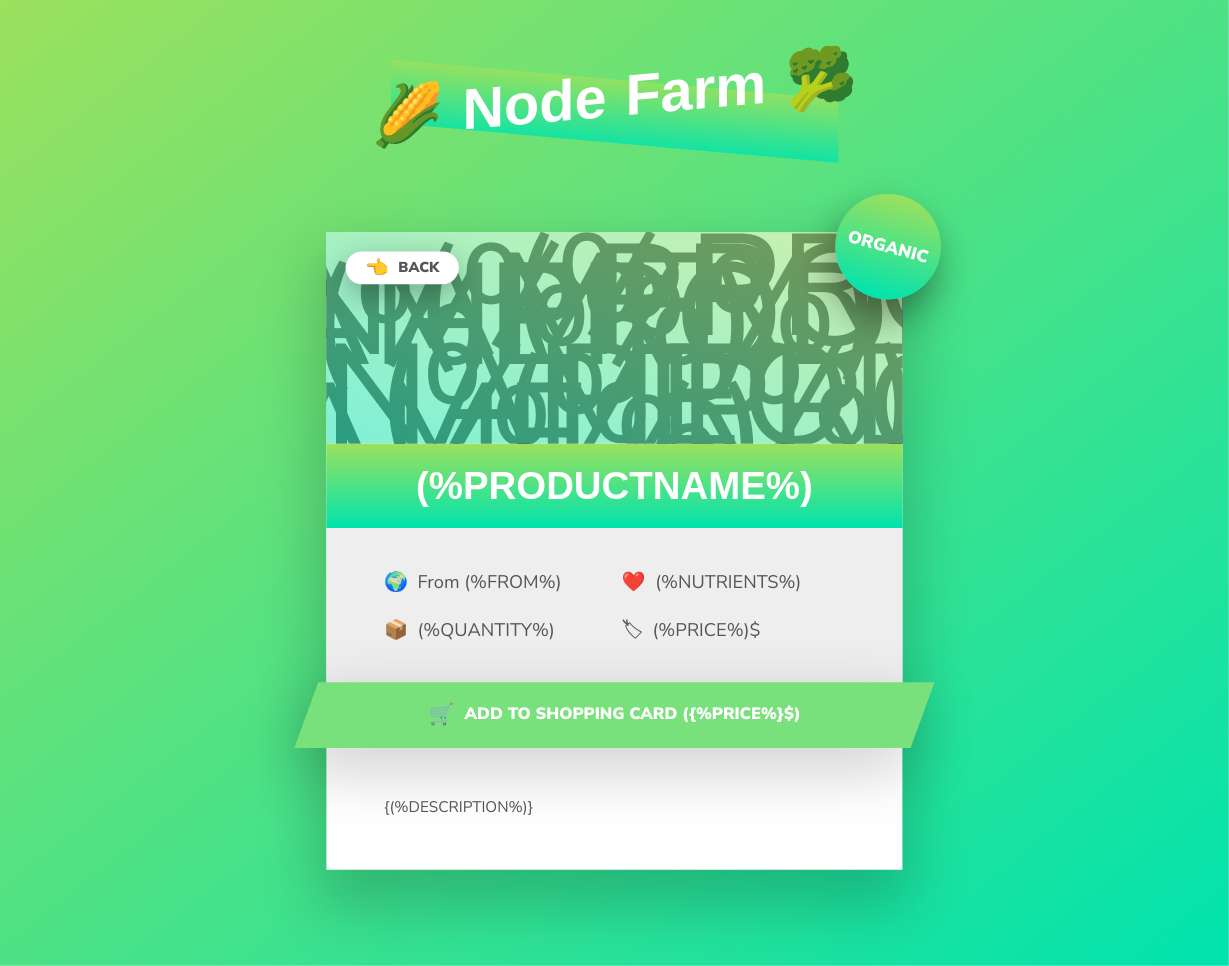
Repository: smit1298/complete-node-bootcamp
Page: node-farm/starter/templates/product.html
An editor plug-in stored every save of this project. The page is shown before and after a run of saves, followed by the edit.
The browser window is 1280 px wide. The pictures show the whole page, at 96% of full size.
Some web fonts or font styles are not loaded; a fallback is used.

Above is the page before, as saved 2021-07-21 13:07:27.

### node-farm/starter/templates/product.html
<!DOCTYPE html>
<html lang="en">
  <head>
    <meta charset="UTF-8" />
    <meta name="viewport" content="width=device-width, initial-scale=1.0" />
    <meta http-equiv="X-UA-Compatible" content="ie=edge" />
    <link
      href="https://fonts.googleapis.com/css?family=Megrim|Nunito+Sans:400,900"
      rel="stylesheet"
    />
    <link
      rel="icon"
      href="https://emojipedia-us.s3.dualstack.us-west-1.amazonaws.com/thumbs/240/apple/155/ear-of-maize_1f33d.png"
    />

    <title>Fresh Avocados 🥑 /// NODE FARM</title>

    <style>
      *,
      *::before,
      *::after {
        margin: 0;
        padding: 0;
        box-sizing: inherit;
      }

      html {
        font-size: 62.5%;
        box-sizing: border-box;
      }

      body {
        padding: 5rem 5rem 10rem;
        line-height: 1.7;
        font-family: "Nunito Sans", sans-serif;
        color: #555;
        min-height: 100vh;
        background: linear-gradient(to bottom right, #9be15d, #00e3ae);
      }

      h1 {
        font-family: "Megrim", sans-serif;
        font-size: 6rem;
        color: white;
        transform: skewY(-5deg);
        text-align: center;
        position: relative;
        word-spacing: 3px;
      }

      h1::before {
        content: "";
        display: block;
        height: 65%;
        width: 49%;
        position: absolute;
        top: 105%;
        left: 50%;
        background: linear-gradient(to bottom, #9be15d, #00e3ae);
        opacity: 0.8;
        z-index: -1;
        transform: skewY(370deg) translate(-50%, -50%);
      }

      .container {
        width: 95rem;
        margin: 0 auto;
      }

      .product {
        width: 60rem;
        margin: 0 auto;
        margin-top: 9rem;
        background: white;
        box-shadow: 0 3rem 6rem 1rem rgba(0, 0, 0, 0.2);
        position: relative;
      }

      .product__hero {
        position: relative;
        height: 22rem;
        overflow: hidden;
      }

      .product__hero::before {
        content: "";
        display: block;
        height: 100%;
        width: 100%;
        position: absolute;
        top: 0;
        left: 0;
        background-image: linear-gradient(to left bottom, #9be15d, #00e3ae);
        opacity: 0.5;
        z-index: 100;
      }

      .product__emoji {
        font-size: 15rem;
        position: absolute;
      }

      .product__emoji--1 {
        top: -4rem;
        left: -2rem;
        z-index: 10;
      }

      .product__emoji--2 {
        top: -6rem;
        left: 9rem;
      }

      .product__emoji--3 {
        top: -4rem;
        right: 15rem;
      }

      .product__emoji--4 {
        top: -5rem;
        right: 2rem;
        z-index: 10;
      }

      .product__emoji--5 {
        bottom: -9rem;
        left: 18rem;
      }

      .product__emoji--6 {
        bottom: -8rem;
        left: 5rem;
      }

      .product__emoji--7 {
        bottom: -12rem;
        right: 14rem;
      }

      .product__emoji--8 {
        bottom: -8rem;
        right: -2rem;
      }

      .product__emoji--9 {
        top: -7rem;
        left: 19rem;
      }

      .product__organic {
        position: absolute;
        top: -4rem;
        right: -4rem;
        z-index: 1000;
        height: 11rem;
        width: 11rem;
        background-image: linear-gradient(to bottom, #9be15d, #00e3ae);
        border-radius: 50%;
        transform: rotate(15deg);
        box-shadow: 0 2rem 4rem rgba(0, 0, 0, 0.4);
        display: flex;
        align-items: center;
        justify-content: center;
      }

      .product__organic h5 {
        font-weight: 900;
        text-transform: uppercase;
        font-size: 1.8rem;
        color: white;
      }

      .product__back:link,
      .product__back:visited {
        position: absolute;
        top: 2rem;
        left: 2rem;
        font-size: 1.5rem;
        font-weight: 700;
        text-transform: uppercase;
        text-decoration: none;
        z-index: 1000;
        color: #555;
        background-color: white;
        box-shadow: 0 1rem 3rem rgba(0, 0, 0, 0.3);
        border-radius: 100rem;
        padding: 0 2rem;
        transition: all 0.3s;
        display: flex;
        align-items: center;
      }

      .product__back:hover,
      .product__back:active {
        background-color: #79e17b;
      }

      .product__name {
        background: linear-gradient(to bottom, #9be15d, #00e3ae);
        padding: 1rem;
        font-family: "Megrim", sans-serif;
        font-size: 4rem;
        color: white;
        text-align: center;
        word-spacing: 2px;
      }

      .product__details {
        background-color: #eee;
        padding: 4rem 6rem;
        font-size: 1.9rem;
        display: grid;
        grid-template-columns: 1fr 1fr;
        grid-gap: 1.5rem;
      }

      .product__description {
        padding: 5rem 6rem;
        font-size: 1.6rem;
        line-height: 1.8;
      }

      .product__link:link,
      .product__link:visited {
        display: block;
        background-color: #79e17b;
        color: white;
        font-size: 1.6rem;
        font-weight: 700;
        text-transform: uppercase;
        text-decoration: none;
        padding: 1.5rem;
        text-align: center;
        transform: scale(1.07) skewX(-20deg);
        box-shadow: 0 2rem 6rem rgba(0, 0, 0, 0.2);
        display: flex;
        align-items: center;
        justify-content: center;
        transition: all 0.3s;
      }

      .product__link:hover,
      .product__link:active {
        background-color: #9be15d;
        transform: scale(1.1) skewX(-20deg);
      }

      .product__link span {
        transform: skewX(20deg);
      }

      .emoji-left {
        font-size: 2rem;
        margin-right: 1rem;
      }

      .emoji-right {
        font-size: 2rem;
        margin-left: 1rem;
      }

      .not-organic {
        display: none;
      }
    </style>
  </head>

  <body>
    <div class="container">
      <h1>🌽 Node Farm 🥦</h1>

      <figure class="product">
        <div class="product__organic"><h5>Organic</h5></div>
        <a href="#" class="product__back">
          <span class="emoji-left">👈</span>Back
        </a>
        <div class="product__hero">
          <span class="product__emoji product__emoji--1">(%PRODUCTNAME%)</span>
          <span class="product__emoji product__emoji--2">(%PRODUCTNAME%)</span>
          <span class="product__emoji product__emoji--3">(%PRODUCTNAME%)</span>
          <span class="product__emoji product__emoji--4">(%PRODUCTNAME%)</span>
          <span class="product__emoji product__emoji--5">(%PRODUCTNAME%)</span>
          <span class="product__emoji product__emoji--6">(%PRODUCTNAME%)</span>
          <span class="product__emoji product__emoji--7">(%PRODUCTNAME%)</span>
          <span class="product__emoji product__emoji--8">(%PRODUCTNAME%)</span>
          <span class="product__emoji product__emoji--9">(%PRODUCTNAME%)</span>
        </div>
        <h2 class="product__name">(%PRODUCTNAME%)</h2>
        <div class="product__details">
          <p><span class="emoji-left">🌍</span>From (%FROM%)</p>
          <p><span class="emoji-left">❤️</span>(%NUTRIENTS%)</p>
          <p><span class="emoji-left">📦</span>(%QUANTITY%)</p>
          <p><span class="emoji-left">🏷</span>(%PRICE%)$</p>
        </div>

        <a href="#" class="product__link">
          <span class="emoji-left">🛒</span>
          <span>Add to shopping card ({%PRICE%}$)</span>
        </a>

        <p class="product__description">{(%DESCRIPTION%)}</p>
      </figure>
    </div>
  </body>
</html>

After the next 2 saves:
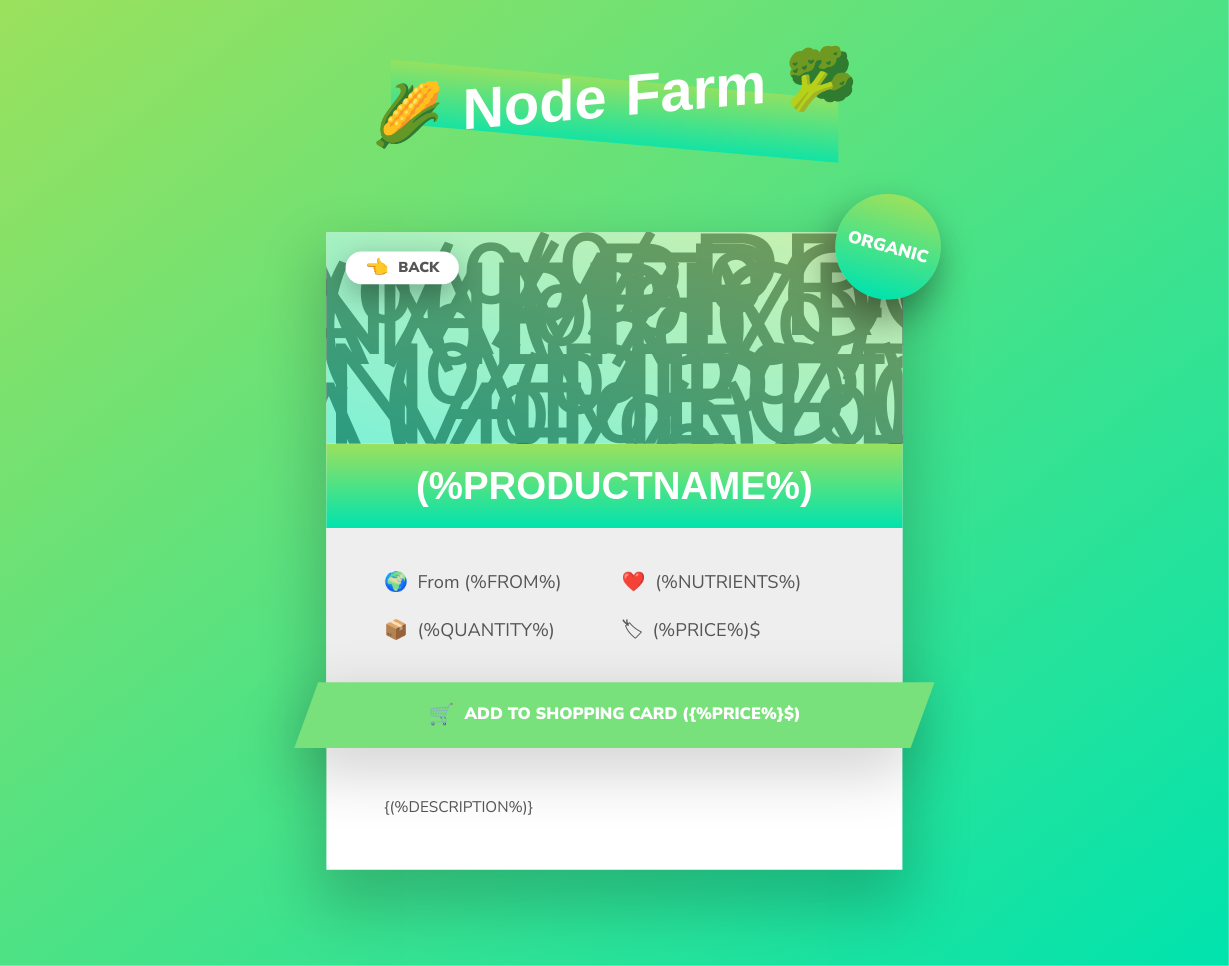
The 2 saves are shown as one change because they came seconds apart.
The last was saved 49 s later.
--- a/node-farm/starter/templates/product.html
+++ b/node-farm/starter/templates/product.html
@@ -275,7 +275,7 @@
           <span class="emoji-left">👈</span>Back
         </a>
         <div class="product__hero">
-          <span class="product__emoji product__emoji--1">(%PRODUCTNAME%)</span>
+          <span class="product__emoji product__emoji--1">(%PRICE%)</span>
           <span class="product__emoji product__emoji--2">(%PRODUCTNAME%)</span>
           <span class="product__emoji product__emoji--3">(%PRODUCTNAME%)</span>
           <span class="product__emoji product__emoji--4">(%PRODUCTNAME%)</span>
